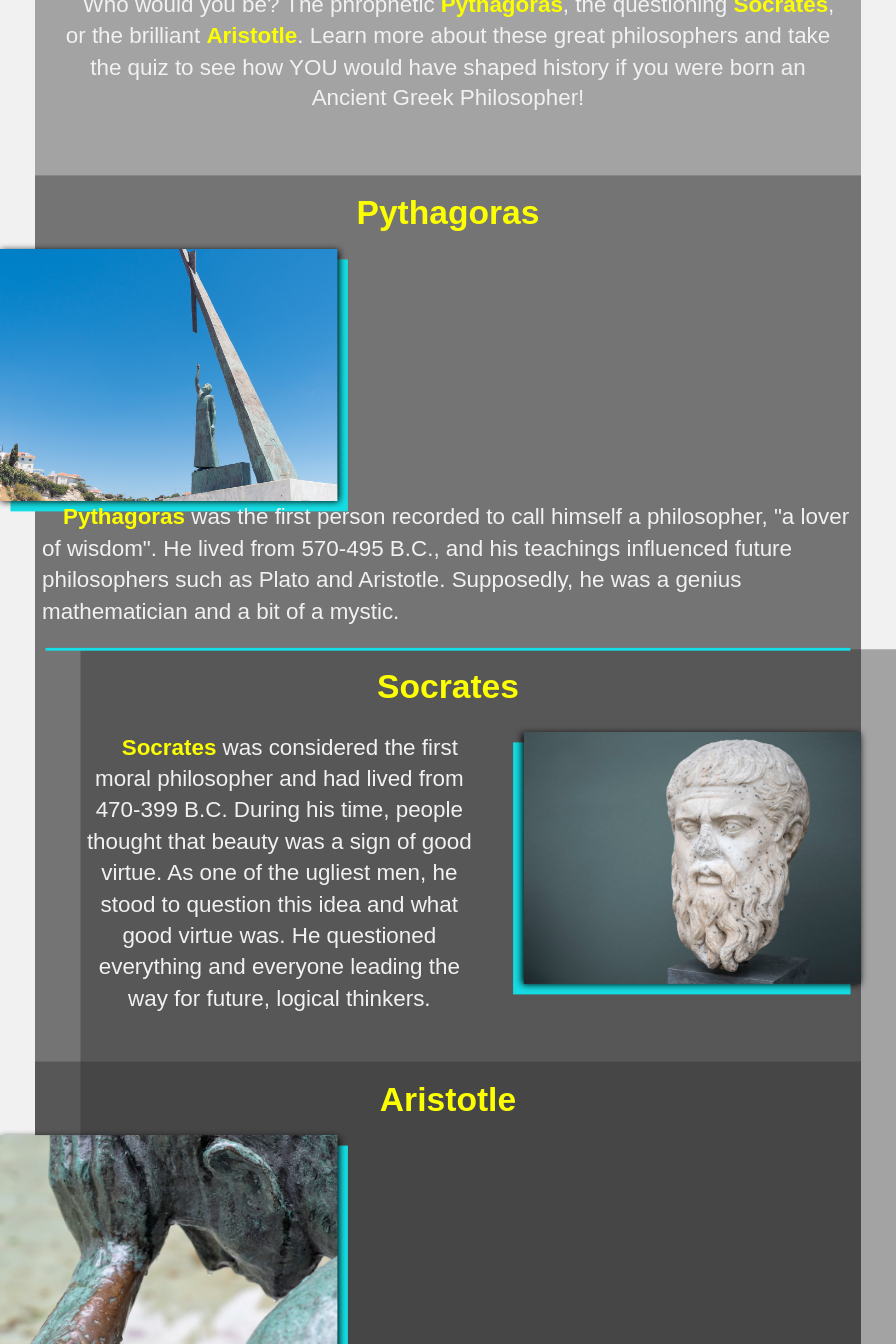
Repository: Sbethm/sarahmoosa
Page: greekPhiloQuiz/greekIndex.html
The author's editor kept a copy of each file at every save. The page is drawn from the files as they stood at one save, then again after a run of saves.
The browser window is 1280 px wide. The pictures show the part of the page from y = 602 to 2522 px (the page is 3146 px tall before and 4108 px after), at 70% of full size.
Some web fonts or font styles are not loaded; a fallback is used. The style sheet was rebuilt from its Sass, Less or Tailwind sources for each picture, by a compiler version that may differ from the author's.

Above is the page before, as saved 2021-08-04 20:27:13.
Console error: TypeError: Cannot read properties of null (reading 'addEventListener')

After the next 2 saves:
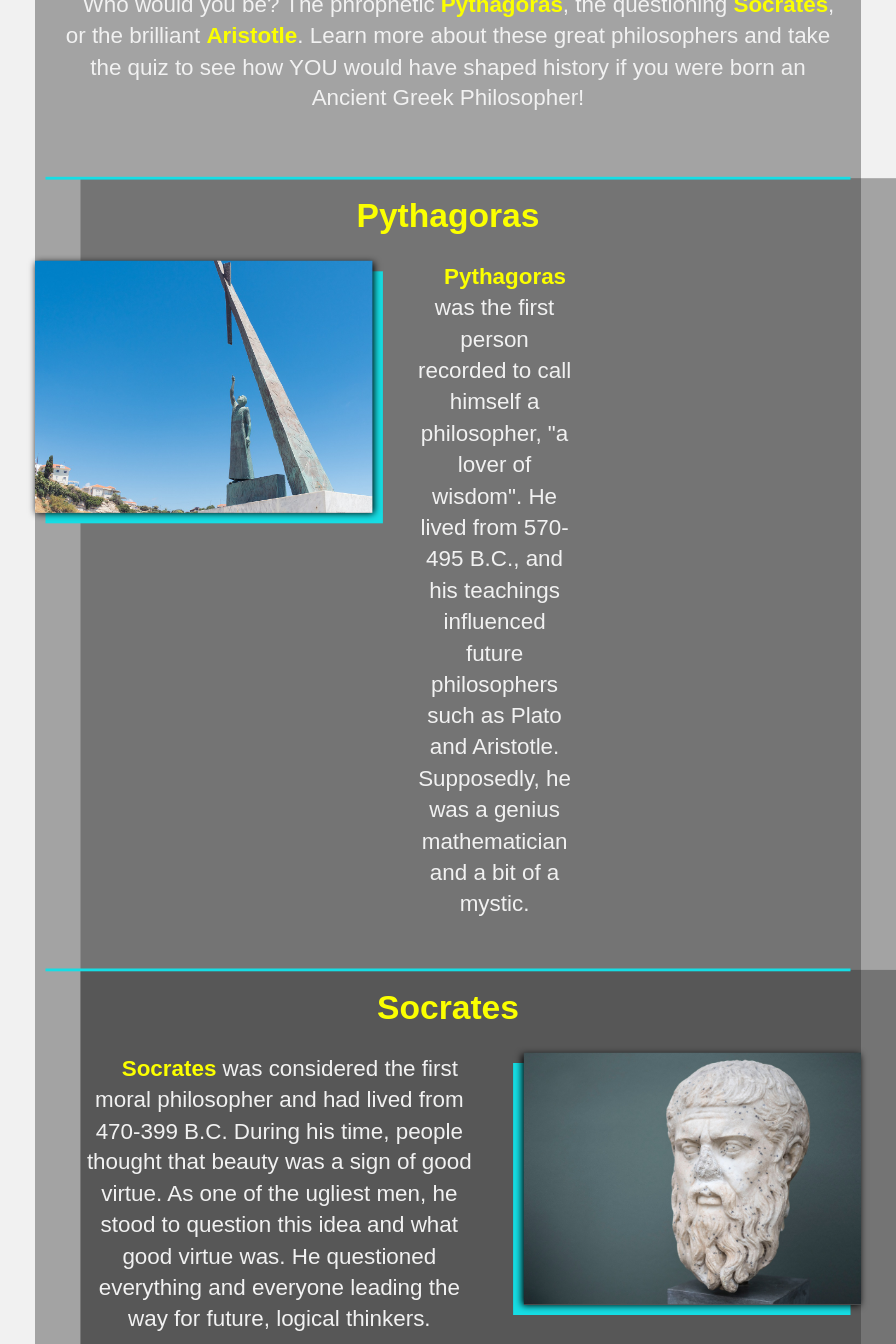
The 2 saves are shown as one change because they came seconds apart.
The last was saved 23 s later.
--- a/greekPhiloQuiz/greekIndex.html
+++ b/greekPhiloQuiz/greekIndex.html
@@ -33,7 +33,7 @@
             </div>
        </section>
        <!--PYTHAGREOUS-->
-       <section class="main--pre">
+       <section class="main--p">
             <h2 id="main--pre__title" class="pre--title">Pythagoras</h2>
             <div class="pre--img square">
                 <img src="./greekImg/statue-3754825_1920.jpg" alt="A statue of Pythagoras">
@@ -50,7 +50,7 @@
             <div class="s--info left">
                 <p><span>Socrates</span> was considered the first moral philosopher and had lived from 470-399 B.C. During his time, people thought that beauty was a sign of good virtue. As one of the ugliest men, he stood to question this idea and what good virtue was. He questioned everything and everyone leading the way for future, logical thinkers.</p>
        </section>
-       <section class="main--post">
+       <section class="main--a">
             <h2 id="main--post__title" class="post--title">Aristotle</h2>
             <div class="post--img square">
                 <img src="./greekImg/man-2546791_1920.jpg" alt="A statue of a man thinking">
